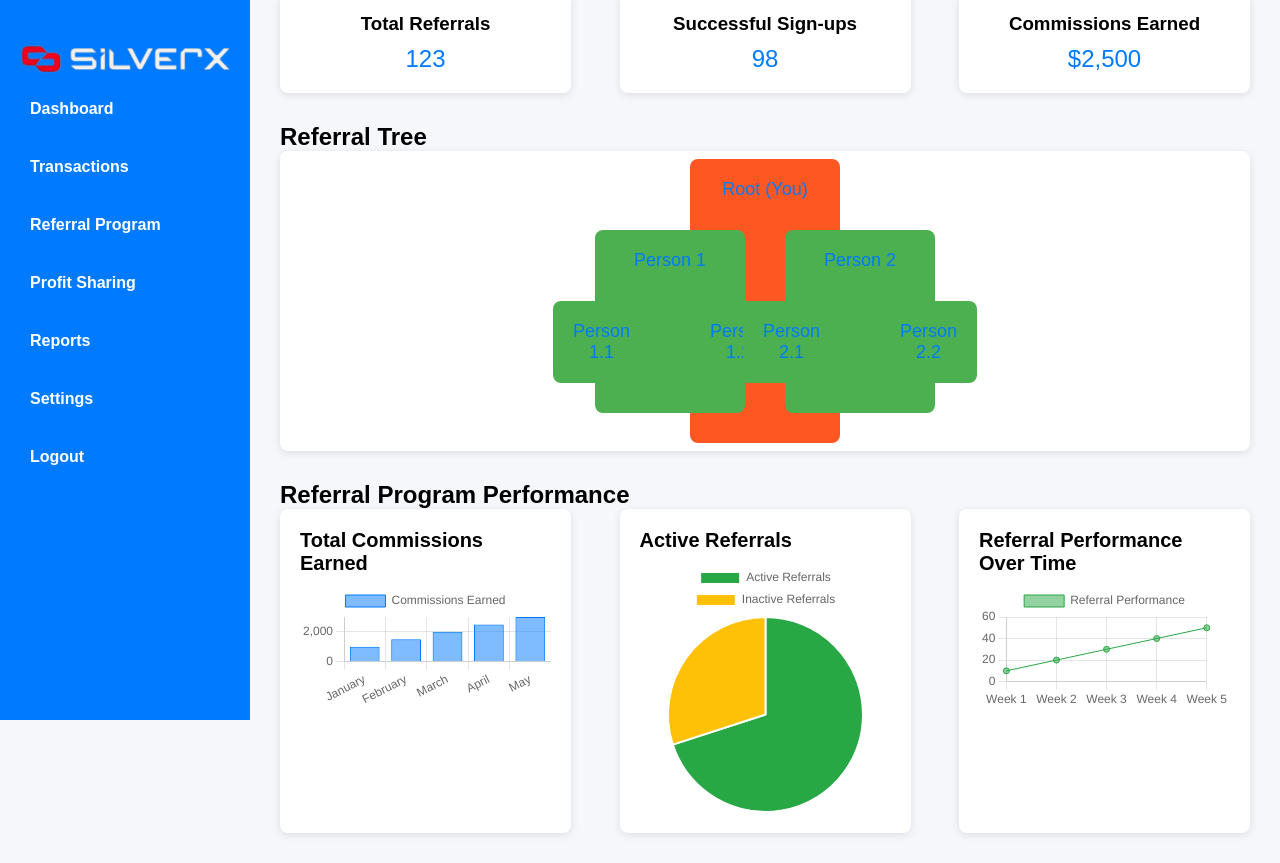
Repository: 2025silverx/slivedrX
Page: indesx3.html
The author's editor kept a copy of each file at every save. The page is drawn from the files as they stood at one save, then again after a run of saves.
The browser window is 1280 px wide. The pictures show the whole page.
An inner scrolling area shows only its first screen.

Above is the page before, as saved 2025-01-21 22:23:09.

### indesx3.html
<!DOCTYPE html>
<html lang="en">
<head>
    <meta charset="UTF-8">
    <meta name="viewport" content="width=device-width, initial-scale=1.0">
    <title>Referral Program Monitoring</title>
    <link rel="stylesheet" href="style3.css">
    <!-- Include Chart.js for graphs -->
    <script src="https://cdn.jsdelivr.net/npm/chart.js"></script>
</head>
<body>
    <div id="sidebar-container">
        <div class="sidebar">
            <img src="images/logo.png" alt="Sidebar Logo" class="sidebar-logo">
            <ul class="sidebar-links">
                <li><a href="index.html" class="sidebar-link" data-target="dashboard">Dashboard</a></li>
                <li><a href="index2.html" class="sidebar-link" data-target="transactions">Transactions</a></li>
                <li><a href="indesx3.html" class="sidebar-link" data-target="reports">Referral Program</a></li>
                <li><a href="index4.html" class="sidebar-link" data-target="users">Profit Sharing</a></li>
                <li><a href="index5.html" class="sidebar-link" data-target="reports">Reports</a></li>
                <li><a href="setting.html" class="sidebar-link" data-target="settings">Settings</a></li>
                <li><a href="login.html" class="sidebar-link" data-target="logout">Logout</a></li>
            </ul>
        </div>
    </div>

    <div class="main-content">
        <h1>Referral Program Monitoring</h1>

        <!-- Referral Statistics Section -->
        <section class="referral-statistics">
            <h2>Referral Statistics</h2>
            <div class="statistics">
                <div class="stat-box">
                    <h3>Total Referrals</h3>
                    <p>123</p>
                </div>
                <div class="stat-box">
                    <h3>Successful Sign-ups</h3>
                    <p>98</p>
                </div>
                <div class="stat-box">
                    <h3>Commissions Earned</h3>
                    <p>$2,500</p>
                </div>
            </div>
        </section>

        <!-- Referral Tree/Network Graph -->
        <section class="referral-tree">
            <h2>Referral Tree</h2>
            <div id="networkGraph" class="network-graph">
                <!-- A simple visualization can be added with a plugin like d3.js or cytoscape.js -->
                <!-- <p>Referral Tree/Network Graph (Visualization not implemented here)</p> -->


                <div class="tree">
                    <div class="node" id="root">
                        <p>Root (You)</p>
                        <div class="children">
                            <div class="node">
                                <p>Person 1</p>
                                <div class="children">
                                    <div class="node">
                                        <p>Person 1.1</p>
                                    </div>
                                    <div class="node">
                                        <p>Person 1.2</p>
                                    </div>
                                </div>
                            </div>
                            <div class="node">
                                <p>Person 2</p>
                                <div class="children">
                                    <div class="node">
                                        <p>Person 2.1</p>
                                    </div>
                                    <div class="node">
                                        <p>Person 2.2</p>
                                    </div>
                                </div>
                            </div>
                        </div>
                    </div>
                </div>




            </div>
        </section>

        <!-- Referral Performance Graphs -->
        <section class="graphs">
            <h2>Referral Program Performance</h2>
            <div class="graph-container">
                <div class="graph-box">
                    <h3>Total Commissions Earned</h3>
                    <canvas id="commissionsChart"></canvas>
                </div>
                <div class="graph-box">
                    <h3>Active Referrals</h3>
                    <canvas id="referralsChart"></canvas>
                </div>
                <div class="graph-box">
                    <h3>Referral Performance Over Time</h3>
                    <canvas id="performanceChart"></canvas>
                </div>
            </div>
        </section>
    </div>

    <script src="script3.js"></script>
</body>
</html>

### style3.css
/* Reset some default styles */
* {
    margin: 0;
    padding: 0;
    box-sizing: border-box;
}



* {
    margin: 0;
    padding: 0;
    box-sizing: border-box;
}

body {
    font-family: Arial, sans-serif;
    display: flex;
    justify-content: center;
    align-items: center;
    height: 100vh;
    background-color: #f4f4f4;
}

.tree {
    display: flex;
    justify-content: center;
    align-items: flex-start;
    flex-direction: column;
    align-self: center;
}

.node {
    background-color: #4CAF50;
    color: white;
    padding: 20px;
    margin: 10px;
    border-radius: 8px;
    text-align: center;
    width: 150px;
}

.children {
    display: flex;
    justify-content: center;
    margin-top: 20px;
}

.children .node {
    margin-left: 20px;
    margin-right: 20px;
}

#root {
    background-color: #ff5722;
}

/* Body and container styles */
body {
    font-family: Arial, sans-serif;
    display: flex;
    height: 100vh;
    background-color: #f5f7fa;
}

/* Sidebar styles */
.sidebar {
    width: 250px;
    background-color: #007bff;
    color: white;
    padding: 20px;
    display: flex;
    flex-direction: column;
    position: sticky;
    top: 0;
    height: 100vh;
    /* Remove any margin or padding at the side */
    margin-right: 0;
}

/* Sidebar heading */
.sidebar h2 {
    margin-bottom: 20px;
    text-align: center;
}

/* Sidebar links */
.sidebar-links {
    list-style: none;
}

.sidebar-links li {
    margin-bottom: 20px; /* Increased margin for better spacing */
}

.sidebar-links a {
    text-decoration: none;
    color: white;
    font-weight: bold;
    display: block;
    padding: 10px;
    font-size: 16px;
    transition: color 0.3s ease;
}

.sidebar-links a:hover {
    color: #f0f0f0; /* Light gray on hover */
}

.sidebar-links a:active {
    color: #ff6347; /* Red color on click */
}

/* Main content area */
.main-content {
    flex: 1;
    padding: 30px;
    overflow-y: auto;
}

h1 {
    color: #007bff;
    margin-bottom: 20px;
}

/* Referral statistics styles */
.referral-statistics {
    margin-bottom: 30px;
}

.referral-statistics h2 {
    margin-bottom: 20px;
    font-size: 24px;
}

.statistics {
    display: flex;
    justify-content: space-between;
}

.stat-box {
    background-color: #ffffff;
    padding: 20px;
    width: 30%;
    border-radius: 8px;
    box-shadow: 0 2px 8px rgba(0, 0, 0, 0.1);
    text-align: center;
}

.stat-box h3 {
    margin-bottom: 10px;
}

.stat-box p {
    font-size: 24px;
    color: #007bff;
}

/* Referral tree/network graph styles */
.referral-tree {
    margin-bottom: 30px;
}

.network-graph {
    background-color: #ffffff;
    padding: 20px;
    border-radius: 8px;
    box-shadow: 0 2px 8px rgba(0, 0, 0, 0.1);
    height: 300px;
    display: flex;
    justify-content: center;
    align-items: center;
}

.network-graph p {
    font-size: 18px;
    color: #007bff;
}

/* Graph containers */
.graphs {
    margin-top: 30px;
}

.graph-container {
    display: flex;
    justify-content: space-between;
    gap: 30px;
}

.graph-box {
    background-color: #ffffff;
    padding: 20px;
    width: 30%;
    border-radius: 8px;
    box-shadow: 0 2px 8px rgba(0, 0, 0, 0.1);
}

.graph-box h3 {
    margin-bottom: 10px;
    font-size: 20px;
}

canvas {
    width: 100%;
    height: 200px;
}

/* Responsive styles */
@media (max-width: 768px) {
    .sidebar {
        width: 200px;
    }

    .main-content {
        padding: 20px;
    }

    .graph-container {
        flex-direction: column;
        gap: 20px;
    }

    .graph-box {
        width: 100%;
    }
}

### script3.js
// Data for the graphs
const commissionsData = {
    labels: ['January', 'February', 'March', 'April', 'May'],
    datasets: [{
        label: 'Commissions Earned',
        data: [1000, 1500, 2000, 2500, 3000],
        backgroundColor: 'rgba(0, 123, 255, 0.5)',
        borderColor: 'rgba(0, 123, 255, 1)',
        borderWidth: 1
    }]
};

const referralsData = {
    labels: ['Active Referrals', 'Inactive Referrals'],
    datasets: [{
        data: [70, 30],
        backgroundColor: ['#28a745', '#ffc107'],
        hoverBackgroundColor: ['#218838', '#e0a800']
    }]
};

const performanceData = {
    labels: ['Week 1', 'Week 2', 'Week 3', 'Week 4', 'Week 5'],
    datasets: [{
        label: 'Referral Performance',
        data: [10, 20, 30, 40, 50],
        backgroundColor: 'rgba(40, 167, 69, 0.5)',
        borderColor: 'rgba(40, 167, 69, 1)',
        borderWidth: 1
    }]
};

// Initialize the charts
window.onload = function() {
    const commissionsChart = new Chart(document.getElementById('commissionsChart'), {
        type: 'bar',
        data: commissionsData,
        options: {
            responsive: true,
            scales: {
                y: { beginAtZero: true }
            }
        }
    });

    const referralsChart = new Chart(document.getElementById('referralsChart'), {
        type: 'pie',
        data: referralsData,
        options: {
            responsive: true
        }
    });

    const performanceChart = new Chart(document.getElementById('performanceChart'), {
        type: 'line',
        data: performanceData,
        options: {
            responsive: true,
            scales: {
                y: { beginAtZero: true }
            }
        }
    });
};

After the next 2 saves:
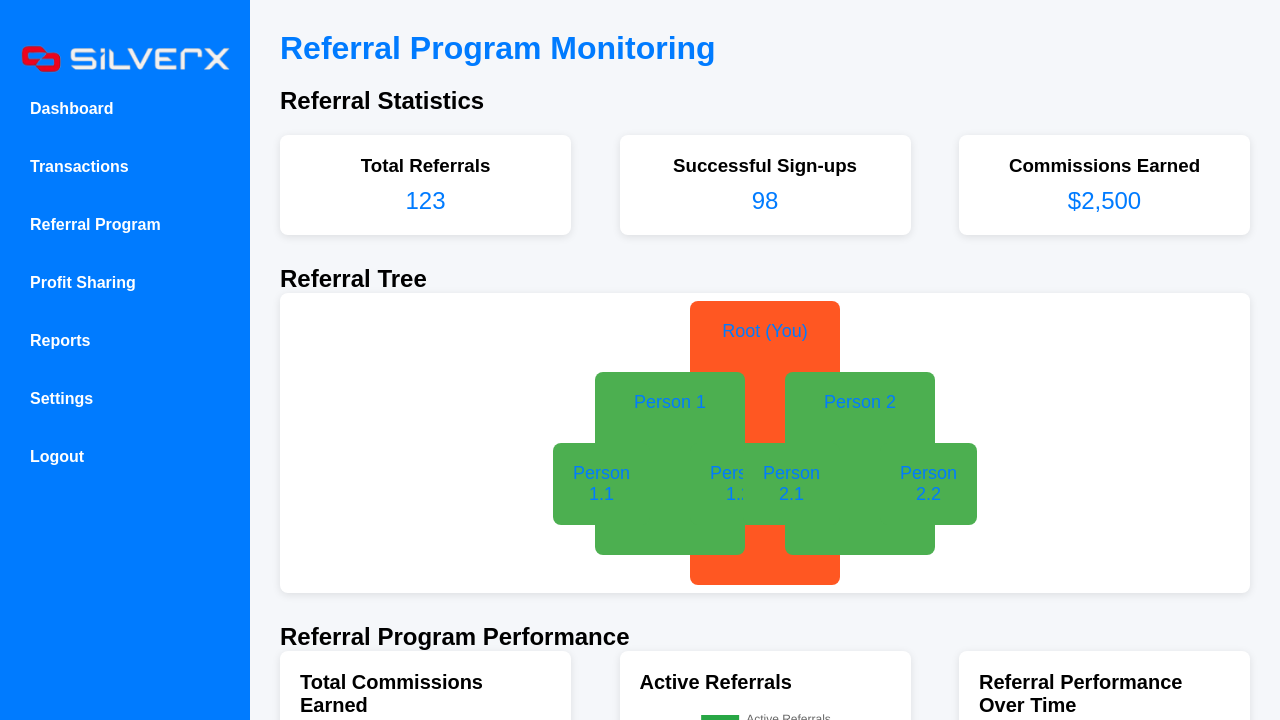
The 2 saves are shown as one change because they came seconds apart.
The last was saved 10 s later.
--- a/style3.css
+++ b/style3.css
@@ -7,20 +7,6 @@
 
 
 
-* {
-    margin: 0;
-    padding: 0;
-    box-sizing: border-box;
-}
-
-body {
-    font-family: Arial, sans-serif;
-    display: flex;
-    justify-content: center;
-    align-items: center;
-    height: 100vh;
-    background-color: #f4f4f4;
-}
 
 .tree {
     display: flex;
